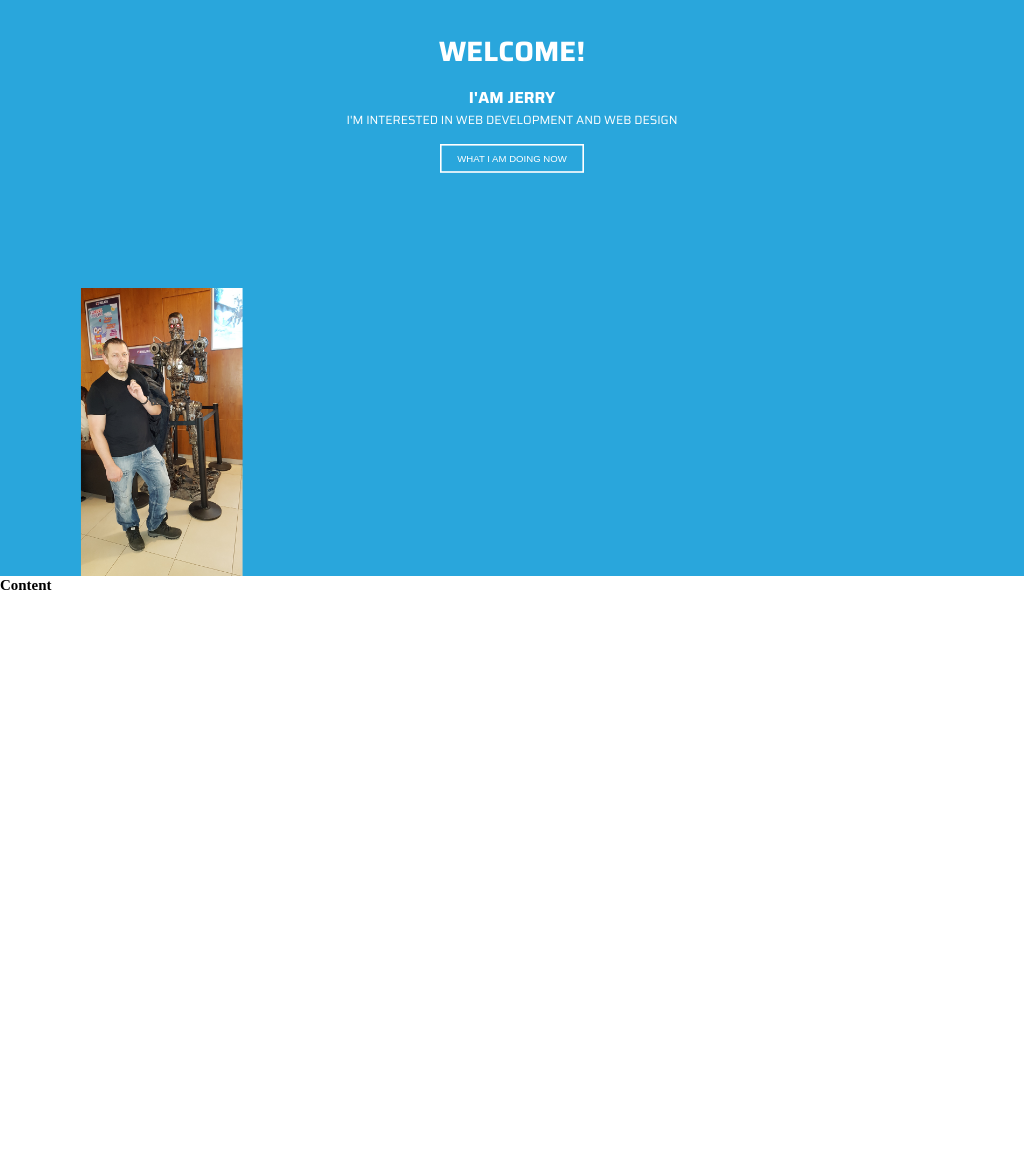
Repository: navanweb/dev
Page: jerry.html
An editor plug-in stored every save of this project. The page is shown before and after the next save, followed by the edit.
The browser window is 1280 px wide. The pictures show the whole page, at 80% of full size.

Above is the page before, as saved 2019-04-06 19:33:04.

### jerry.html
<!DOCTYPE html>
<html>

<head>
  <meta charset="UTF-8">
  <meta name="viewport" content="width=device-width, initial-scale=1.0">
  <meta http-equiv="X-UA-Compatible" content="ie=edge">
  <title>Jerry</title>
  <link href="https://fonts.googleapis.com/css?family=Saira:400,700" rel="stylesheet">
  <link rel="stylesheet" type="text/css" href="css/jerry.css">
</head>

<body>
  <header>
    <div class="welcome">
      <p>welcome!</p>
      <h1>I'am Jerry</h1>
      <h2>I'm interested in web development and web design</h2>
      <button>what I am doing now</button>
    </div>
    <img src="images/jerry.jpg" alt="Jerry photo PCWitcher">
  </header>
  <h3>Content</h3>
</body>

</html>

### css/jerry.css
/* font-family: 'Saira', sans-serif; */

* {
    margin: 0;
    padding: 0;
    box-sizing: border-box;
}

header {
    position: relative;
    background-color: #29a6dc;
    height: 100vh;
    /* overflow: hidden; */
    /* max-width: 1920px; */
    /* margin: 0 auto; */
}

header>* {
    position: absolute;
}

header img {
    height: 50%;
    bottom: 0;
    /* right: 0; */
    transform: translateX(50%);
}

header .welcome {
    top: 5%;
    left: 5%;
    right: 5%;
}

header div {
    text-align: center;
    font-family: 'Saira', sans-serif;
    font-weight: bold;
    font-size: 35px;
    color: white;
    text-transform: uppercase;
}

header h1 {
    font-size: 20px;
    margin-top: 15px;
}

header h2 {
    font-size: 15px;
    font-weight: 400;
}

header button {
    line-height: 32px;
    padding: 0 20px;
    text-transform: uppercase;
    color: white;
    background-color: transparent;
    font-size: 12px;
    border: 2px solid white;
}

h3 {
    height: 100vh;
}

After the next save:
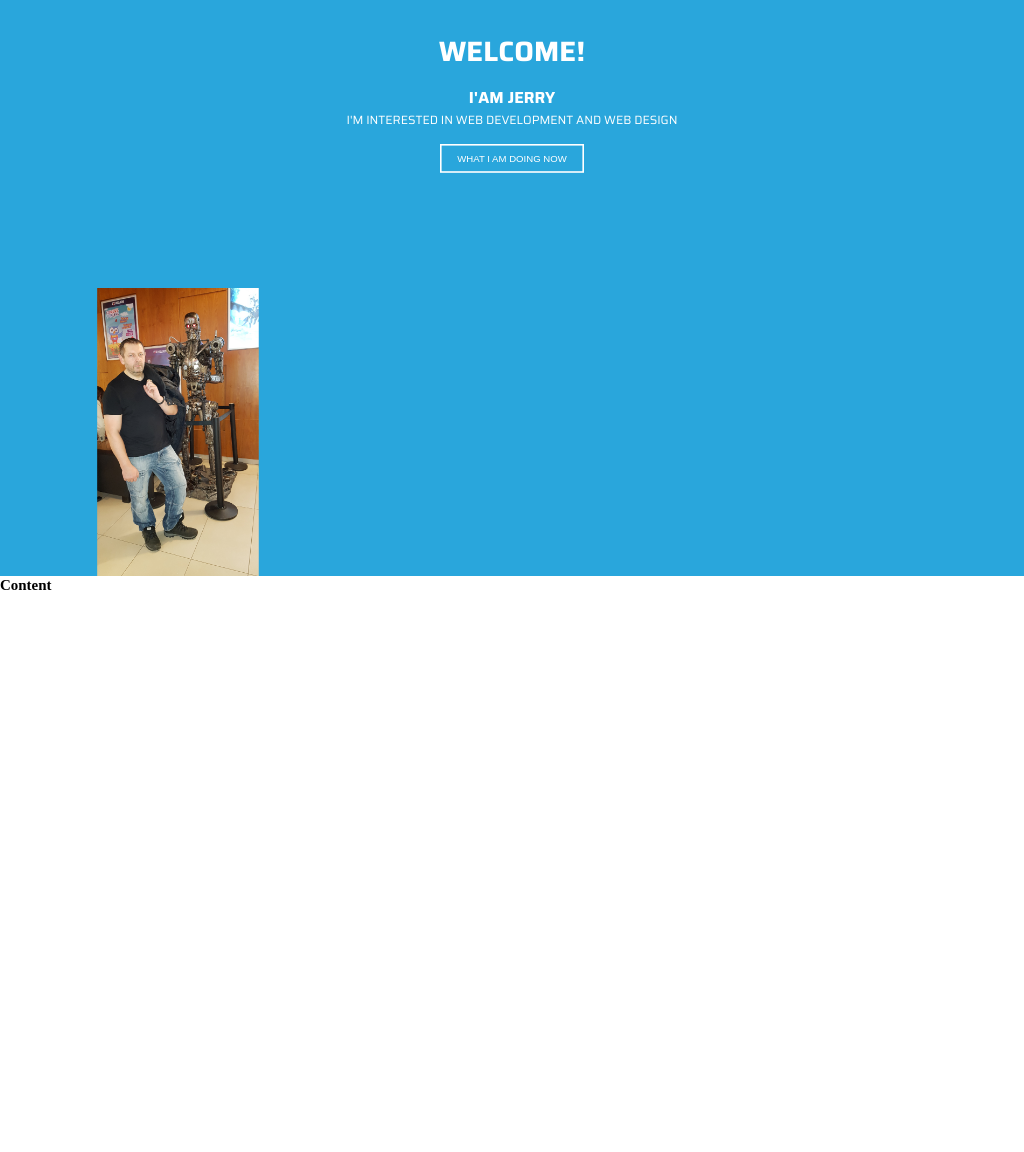
Saved 29 s later.
--- a/css/jerry.css
+++ b/css/jerry.css
@@ -23,7 +23,7 @@ header img {
     height: 50%;
     bottom: 0;
     /* right: 0; */
-    transform: translateX(50%);
+    transform: translateX(60%);
 }
 
 header .welcome {
